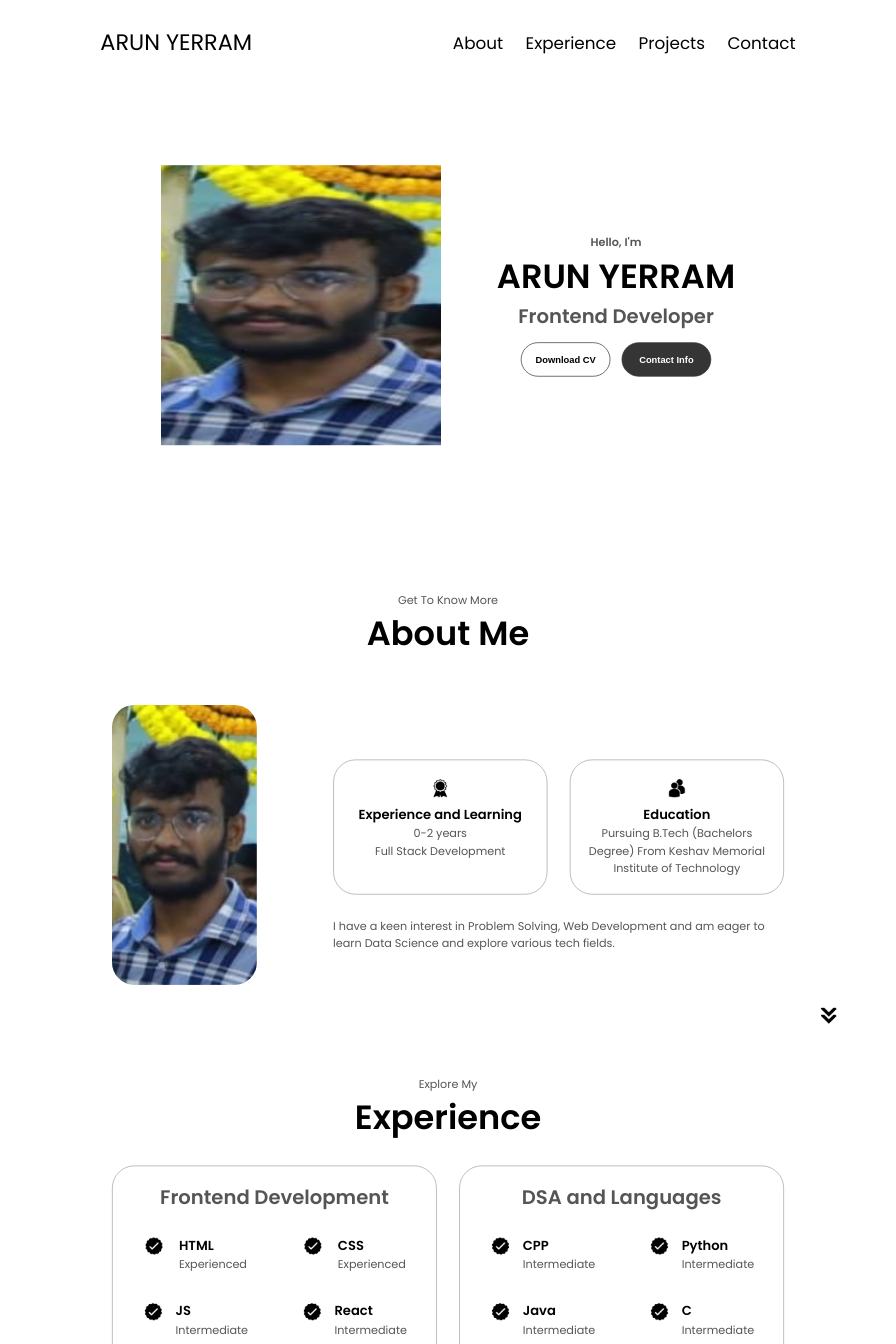
Repository: ARUN-YERRAM/ARUN-YERRAM-PORTFOLIO
Page: index.html
The author's editor kept a copy of each file at every save. The page is drawn from the files as they stood at one save, then again after the next save.
The browser window is 1280 px wide. The pictures show the part of the page from y = 0 to 1920 px (the page is 3401 px tall), at 70% of full size.

Above is the page before, as saved 2024-09-04 01:20:48.

After the next save:
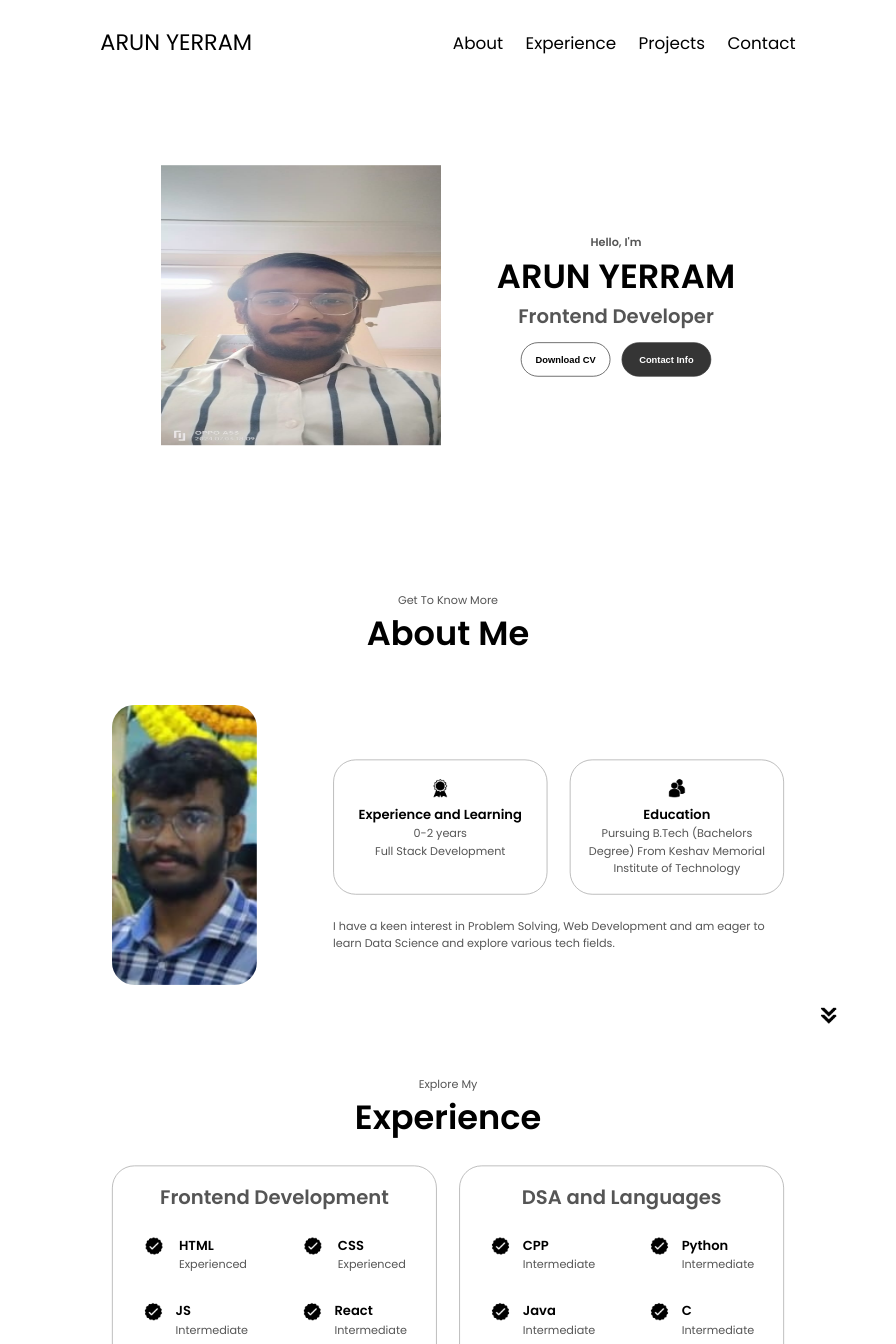
Saved 5 min 8 s later.
--- a/index.html
+++ b/index.html
@@ -38,7 +38,7 @@
   </nav>
   <section id="profile">
     <div class="section__pic-container">
-      <img src="./assets/Photo1.jpg" alt="John Doe profile picture" width="400px" height="400px" />
+      <img src="./assets/Arun.jpg" alt="John Doe profile picture" width="400px" height="400px" />
     </div>
     <div class="section__text">
       <p class="section__text__p1">Hello, I'm</p>
